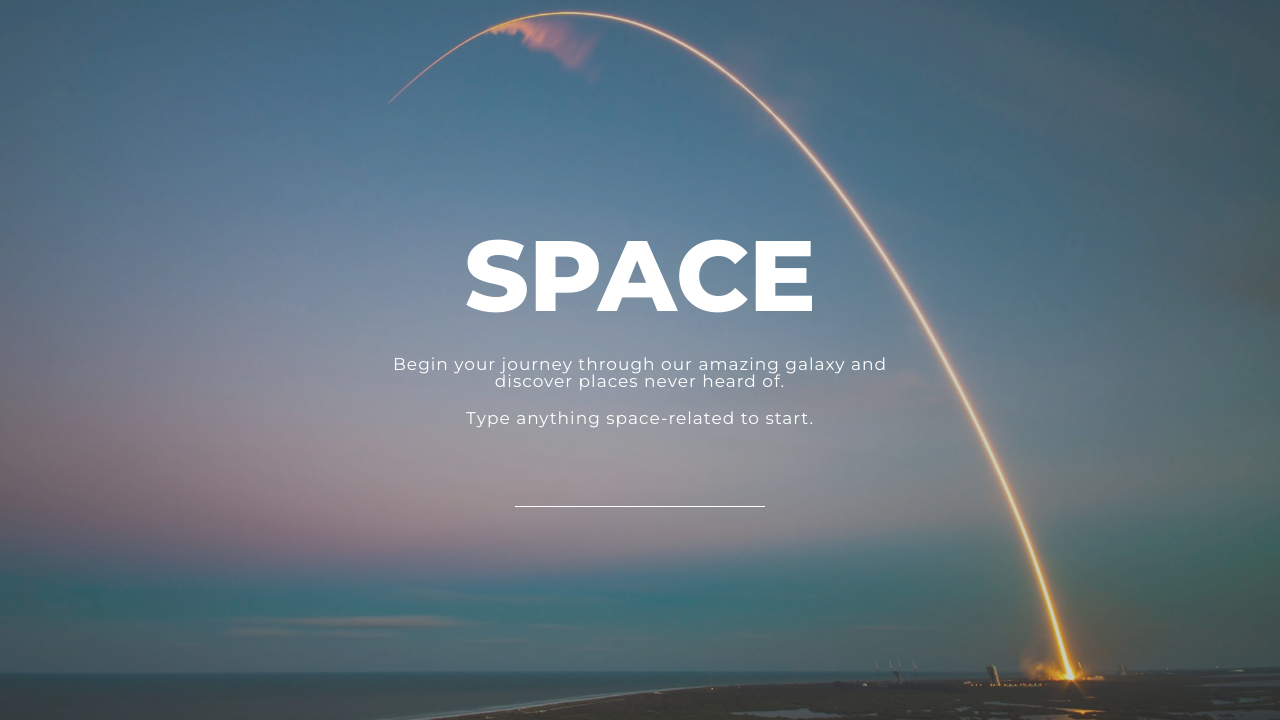
Repository: pmor80/spacer
Page: /
An editor plug-in stored every save of this project. The page is shown before and after a run of saves, followed by the edit.
The browser window is 1280 px wide. The pictures show the whole page.
The project was rebuilt for these pictures with package versions that can differ from the ones it lists, and the page was loaded fresh each time.

Above is the page before, as saved 2019-07-03 12:59:14.

After the next 3 saves:
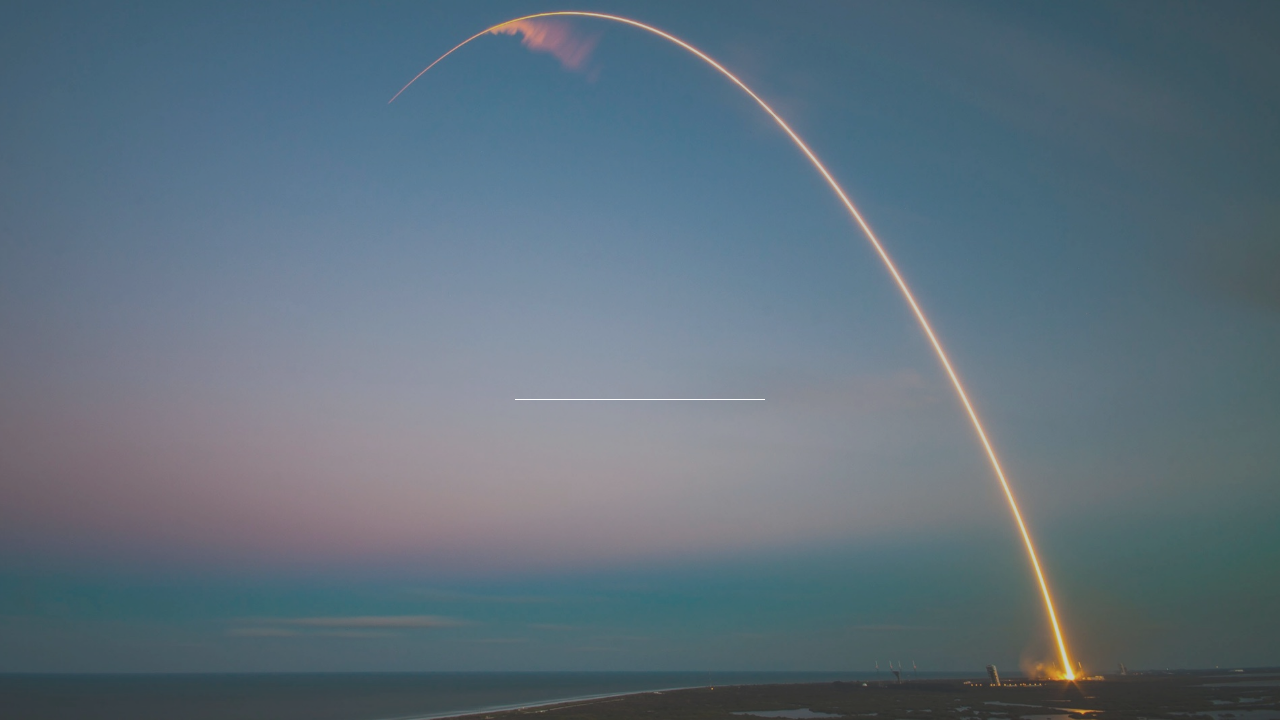
The 3 saves are shown as one change because they came seconds apart.
The last was saved 85 s later.
--- a/src/App.vue
+++ b/src/App.vue
@@ -2,7 +2,7 @@
 <template>
   <div class="wrapper">
     <HeroImage v-if="step === 0" />
-    <Claim v-if="step === 0" />
+    <Claim v-if="step === 1" />
     <SearchInput v-model="searchValue" @input="handleInput" :dark="step === 1" />
   </div>
 </template>

After the save that followed:
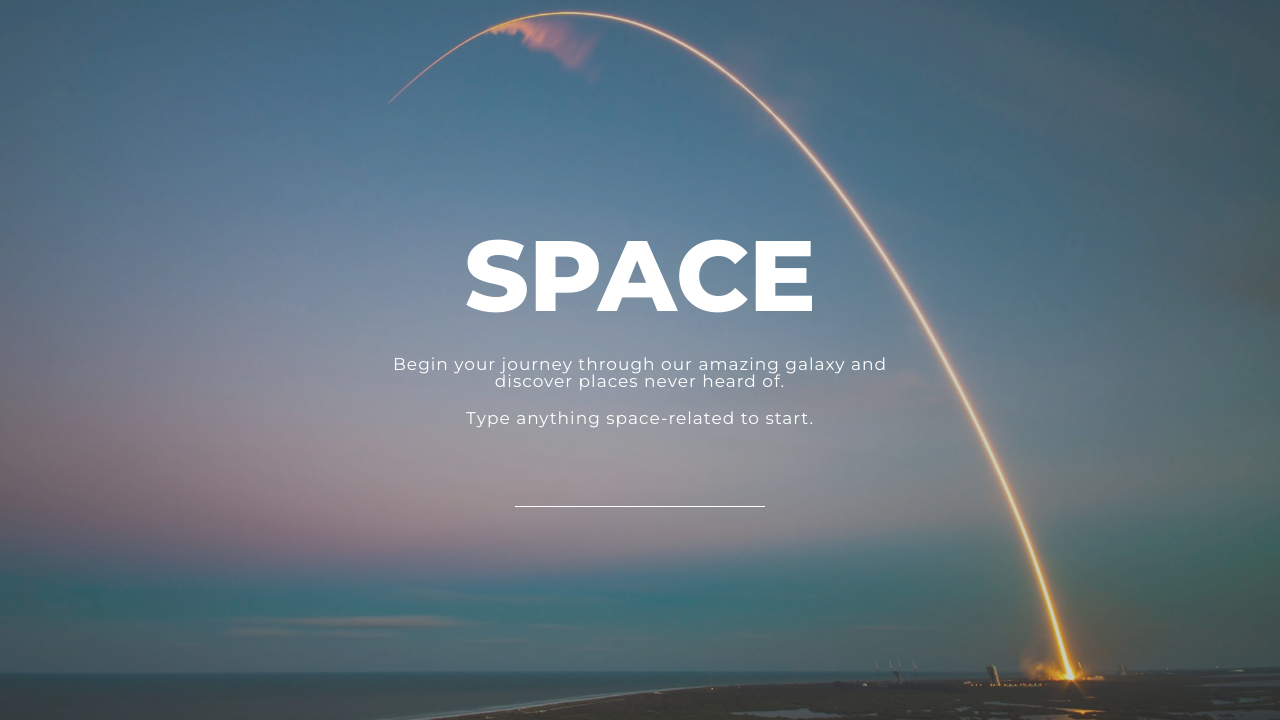
Saved 4 s later.
--- a/src/App.vue
+++ b/src/App.vue
@@ -2,7 +2,7 @@
 <template>
   <div class="wrapper">
     <HeroImage v-if="step === 0" />
-    <Claim v-if="step === 1" />
+    <Claim v-if="step === 0" />
     <SearchInput v-model="searchValue" @input="handleInput" :dark="step === 1" />
   </div>
 </template>
